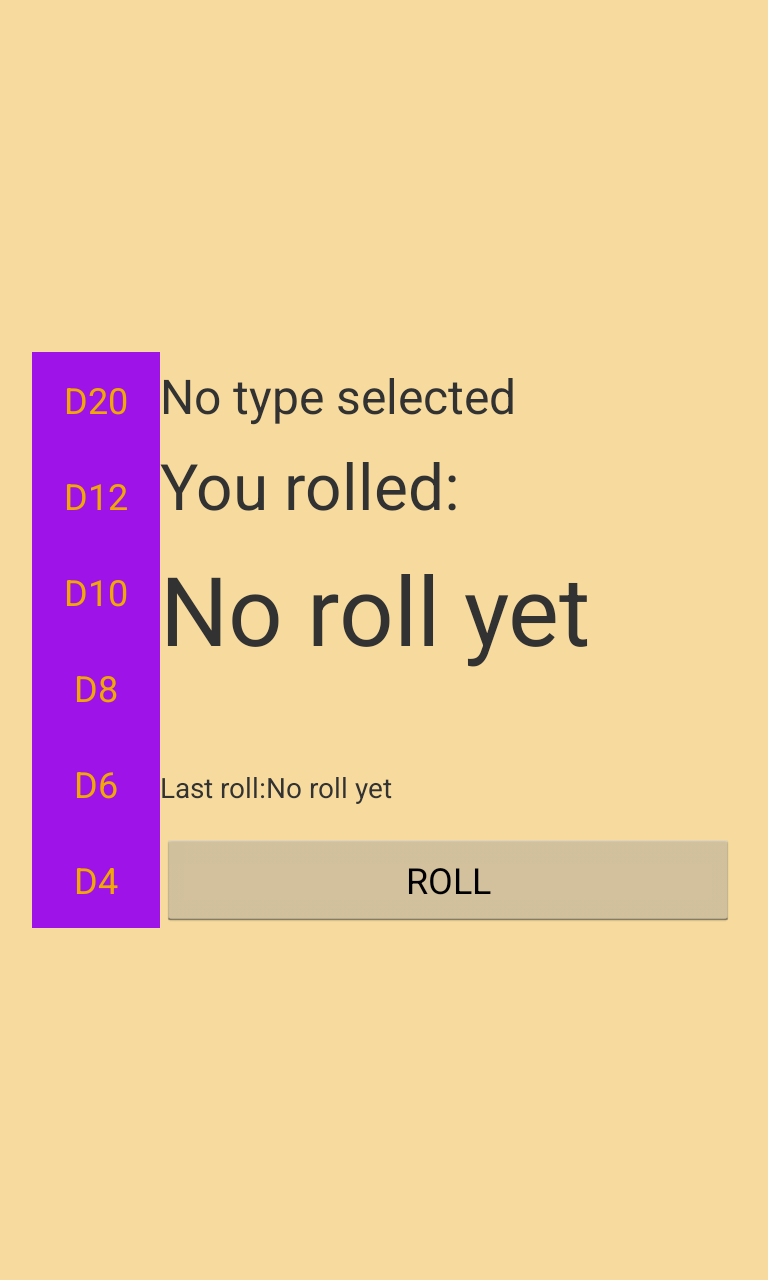
Repository: Bjodol/Roller
Layout: Roller3/res/layout/activity_main.xml
These files come from the project's save history. The layout is drawn as it stood at one moment and after the next save; the edit follows.
It is drawn on a 768 x 1280 px phone screen (xhdpi) without system bars, with theme AppTheme; the app's code is not run. The app's manifest (not shown) leaves right-to-left support off. So textAlignment, textDirection and layoutDirection are ignored, and left and right values win over start and end ones.

Above is the layout before, as saved 2013-08-31 08:40:36.

### Roller3/res/layout/activity_main.xml
<RelativeLayout xmlns:android="http://schemas.android.com/apk/res/android"
    xmlns:tools="http://schemas.android.com/tools"
    android:layout_width="fill_parent"
    android:layout_height="fill_parent"
    android:background="@color/Beige"
    android:gravity="center"
    android:paddingBottom="@dimen/activity_vertical_margin"
    android:paddingLeft="@dimen/activity_horizontal_margin"
    android:paddingRight="@dimen/activity_horizontal_margin"
    android:paddingTop="@dimen/activity_vertical_margin"
    tools:context=".MainActivity" >

    <Button
        android:id="@+id/d20"
        android:background="@color/Purple"
        android:textColor="@color/Bronze"
        android:padding="4dp"
        android:layout_width="wrap_content"
        android:layout_height="wrap_content"
        android:layout_alignParentLeft="true"
        android:onClick="d20"
        android:text="@string/d20" />

    <Button
        android:id="@+id/d12"
        android:padding="4dp"
        android:background="@color/Purple"
        android:textColor="@color/Bronze"
        android:layout_width="wrap_content"
        android:layout_height="wrap_content"
        android:layout_alignLeft="@+id/d20"
        android:layout_below="@+id/d20"
        android:onClick="d12"
        android:text="@string/d12" />

    <TextView
        android:id="@+id/dice_type"
        android:layout_width="wrap_content"
        android:layout_height="wrap_content"
        android:layout_alignBaseline="@id/d20"
        android:layout_toRightOf="@id/d20"
        android:text="@string/noDiceType"
        android:textAlignment="center"
        android:textSize="24sp" />

    <TextView
        android:id="@+id/current_roll_text"
        android:layout_width="wrap_content"
        android:layout_height="wrap_content"
        android:layout_alignBaseline="@id/d12"
        android:layout_below="@id/dice_type"
        android:layout_toRightOf="@id/d12"
        android:text="@string/youRolled"
        android:textAlignment="center"
        android:textSize="32sp" />

    <TextView
        android:id="@+id/dice_throw"
        android:layout_width="wrap_content"
        android:layout_height="wrap_content"
        android:layout_alignBottom="@+id/d8"
        android:layout_alignTop="@+id/d10"
        android:layout_toRightOf="@id/d20"
        android:text="@string/noRolls"
        android:textAlignment="center"
        android:textSize="48sp" />

    <TextView
        android:id="@+id/last_roll_text"
        android:layout_width="wrap_content"
        android:layout_height="wrap_content"
        android:layout_alignBaseline="@+id/d6"
        android:layout_alignBottom="@+id/d6"
        android:layout_alignLeft="@+id/dice_throw"
        android:text="@string/lastRoll"
        android:textAlignment="center"
        android:textSize="14sp" />

    <TextView
        android:id="@+id/last_roll_value"
        android:layout_width="wrap_content"
        android:layout_height="wrap_content"
        android:layout_alignBaseline="@id/last_roll_text"
        android:layout_toRightOf="@id/last_roll_text"
        android:text="@string/noRolls"
        android:textAlignment="center"
        android:textSize="14sp" />

    <Button
        android:id="@+id/roll_button"
        android:layout_width="match_parent"
        android:layout_height="wrap_content"
        android:layout_alignBaseline="@+id/d4"
        android:layout_alignBottom="@+id/d4"
        android:layout_alignLeft="@+id/last_roll_text"
        android:onClick="roll"
        android:text="@string/roll" />

    <Button
        android:id="@+id/d10"
        android:background="@color/Purple"
        android:textColor="@color/Bronze"
        android:layout_width="wrap_content"
        android:layout_height="wrap_content"
        android:layout_below="@+id/d12"
        android:layout_toLeftOf="@+id/current_roll_text"
        android:onClick="d10"
        android:text="@string/d10" />

    <Button
        android:id="@+id/d8"
        android:background="@color/Purple"
        android:textColor="@color/Bronze"
        android:layout_width="wrap_content"
        android:layout_height="wrap_content"
        android:layout_below="@+id/d10"
        android:layout_toLeftOf="@+id/current_roll_text"
        android:onClick="d8"
        android:text="@string/d8" />

    <Button
        android:id="@+id/d6"
        android:background="@color/Purple"
        android:textColor="@color/Bronze"
        android:layout_width="wrap_content"
        android:layout_height="wrap_content"
        android:layout_below="@+id/d8"
        android:layout_toLeftOf="@+id/current_roll_text"
        android:onClick="d6"
        android:text="@string/d6" />

    <Button
        android:id="@+id/d4"
        android:background="@color/Purple"
        android:textColor="@color/Bronze"
        android:layout_width="wrap_content"
        android:layout_height="wrap_content"
        android:layout_below="@+id/d6"
        android:layout_toLeftOf="@+id/current_roll_text"
        android:onClick="d4"
        android:text="@string/d4" />

</RelativeLayout>

### Roller3/res/values/strings.xml
<?xml version="1.0" encoding="utf-8"?>
<resources>

    <string name="app_name">Roller</string>
    <string name="action_settings">Settings</string>
    <string name="d20">D20</string>
    <string name="d12">D12</string>
    <string name="d10">D10</string>
    <string name="d8">D8</string>
    <string name="d6">D6</string>
    <string name="d4">D4</string>
    <string name="roll">ROLL</string>
    <string name="youRolled">You rolled:</string>
    <string name="noRolls">No roll yet</string>
    <string name="lastRoll">Last roll:</string>
    <string name="noDiceType">No type selected</string>
    <color name="Purple">#9e14e8</color>
    <color name="Beige">#f7db9e</color>
    <color name="Bronze">#F0A804</color>

</resources>

Loaded but not shown: Roller3/res/values/styles.xml (common file); Roller3/res/values-v11/styles.xml (common file); Roller3/res/values-v14/styles.xml (common file); Roller3/res/values/dimens.xml (common file)

After the next save:
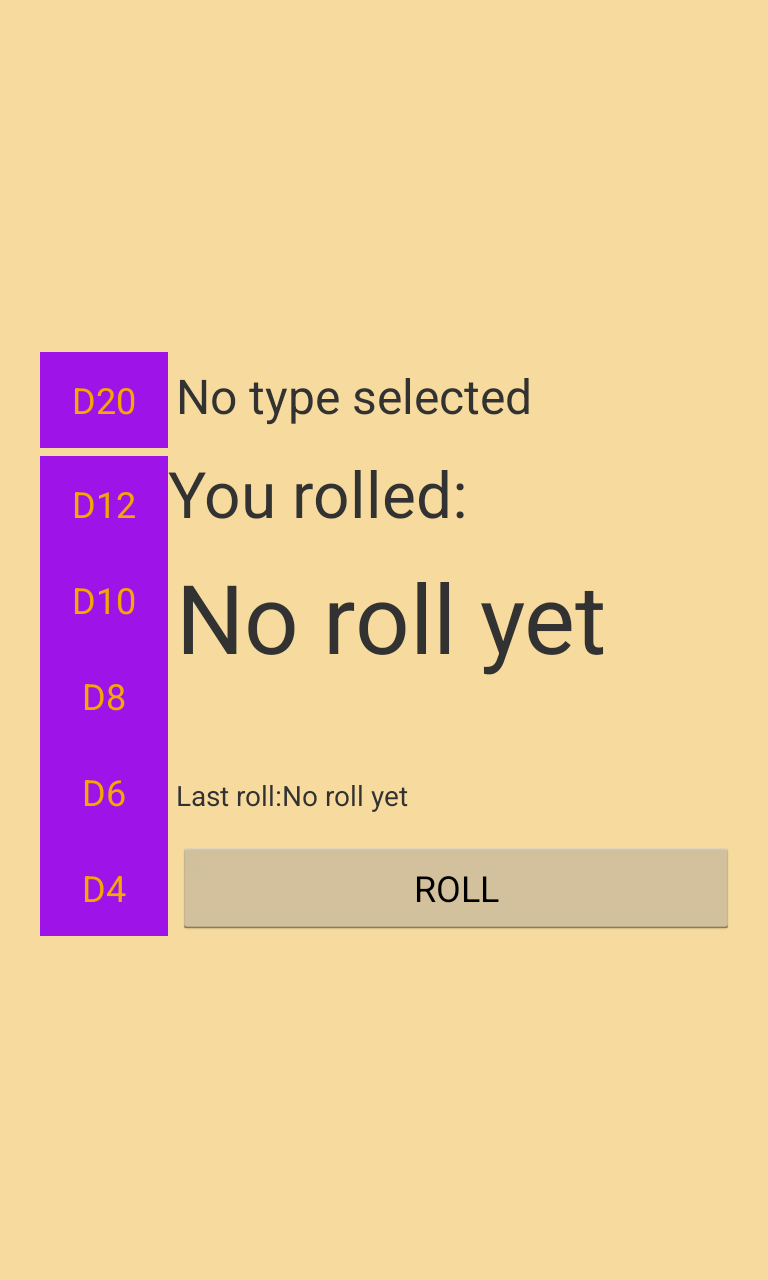
Saved 32 s later.
--- a/Roller3/res/layout/activity_main.xml
+++ b/Roller3/res/layout/activity_main.xml
@@ -15,6 +15,7 @@
         android:background="@color/Purple"
         android:textColor="@color/Bronze"
         android:padding="4dp"
+        android:layout_margin="4dp"
         android:layout_width="wrap_content"
         android:layout_height="wrap_content"
         android:layout_alignParentLeft="true"
